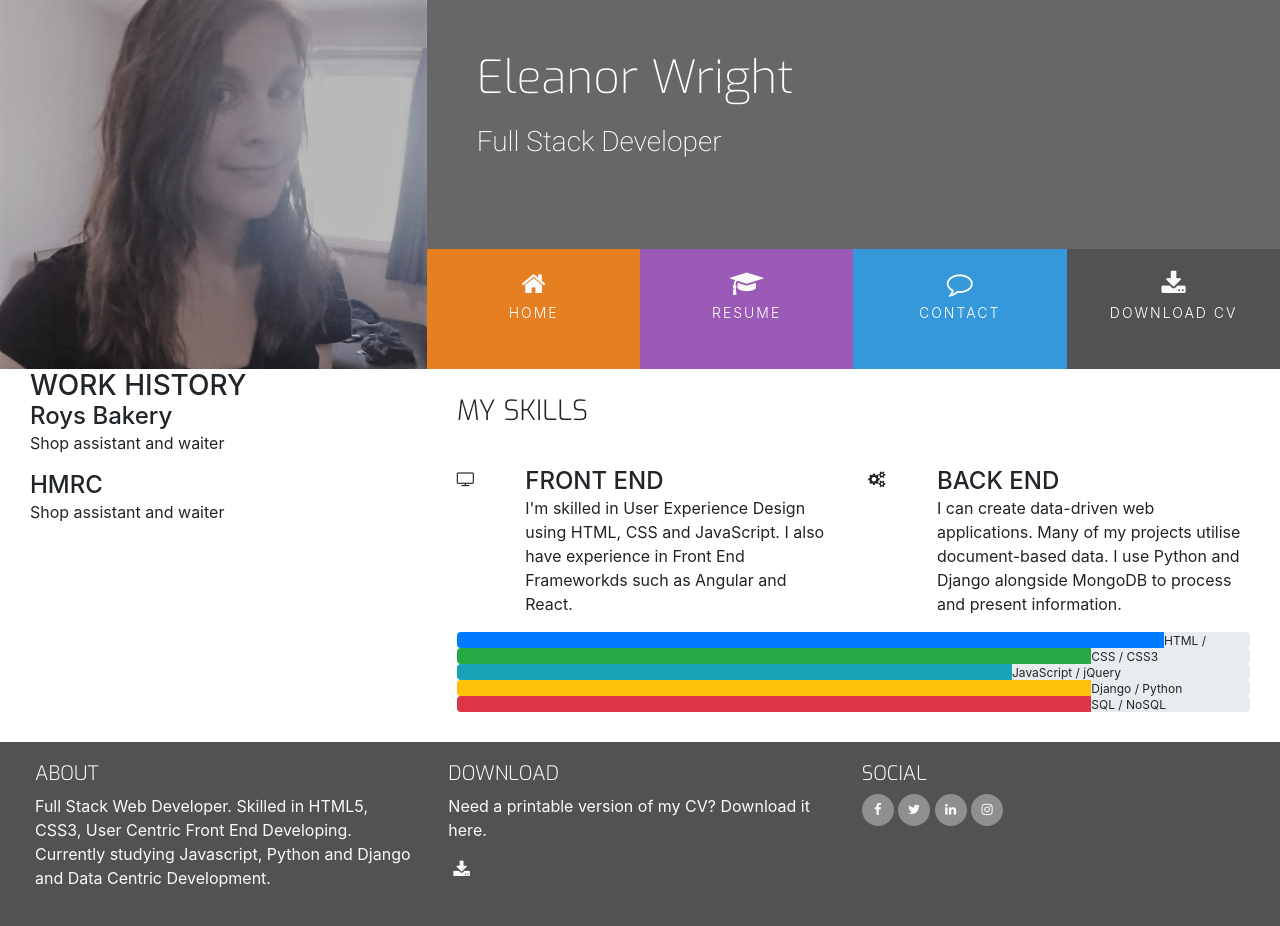
Repository: eleanorpro/resume
Page: resume.html
The author's editor kept a record of every edit. The page is drawn from the files as they stood at one moment, then again after the next edit.
The browser window is 1280 px wide. The pictures show the whole page.
Some web libraries are served in a nearby version.

Above is the page before.

### resume.html
<!DOCTYPE html>
<html lang="en">
<head>
    <meta charset="UTF-8">
    <meta name="viewport" content="width=device-width, initial-scale=1.0">
    <meta http-equiv="X-UA-Compatible" content="ie=edge">
<!-- links copied from video code to be the same version as used in example, more up to date versions available if problems occur -->
    <link rel="stylesheet" href="https://stackpath.bootstrapcdn.com/bootstrap/4.2.1/css/bootstrap.min.css" type="text/css" />
    <link rel="stylesheet" href="https://stackpath.bootstrapcdn.com/font-awesome/4.7.0/css/font-awesome.min.css" type="text/css" />
<!-- end of copied links -->
    <link rel="stylesheet" href="https://cdnjs.cloudflare.com/ajax/libs/hover.css/2.3.1/css/hover-min.css" type="text/css" />
    <link rel="stylesheet" href="assets/css/style.css" type="text/css" />
    <title>Eleanor</title>
</head>
<body>
    <header>
        <div class="row no-gutters">
            <a href="index.html" class="col-md-4 logo">

            </a>
            <div class="col-md-8">
                <div class="row no-gutters bg-color-name-title">
                    <div class="col heading">
                        <h1 class="name">Eleanor Wright</h1>
                        <h2 class="title">Full Stack Developer</h2>
                    </div>
                </div>
                <div class="row no-gutters">
                    <div class="col">
                        <ul id="nav" class="list-inline menucontainer">
                            <li class="col-6 col-sm-3 ui-menu-color-home list-inline-item menuitem">
                                <a href="#" class="hvr-sweep-to-bottom"><i class="fa fa-home" aria-hidden="true"></i><span>Home</span></a>
                            </li>
                            <li class="col-6 col-sm-3 ui-menu-color-resume list-inline-item menuitem">
                                <a href="#" class="hvr-sweep-to-bottom"><i class="fa fa-graduation-cap" aria-hidden="true"></i><span>Resume</span></a>
                            </li>
                            <li class="col-6 col-sm-3 ui-menu-color-contact list-inline-item menuitem">
                                <a href="#" class="hvr-sweep-to-bottom"><i class="fa fa-comment-o" aria-hidden="true"></i><span>Contact</span></a>
                            </li>
                            <li class="col-6 col-sm-3 ui-menu-color-download list-inline-item menuitem">
                                <a href="#" class="hvr-sweep-to-bottom"><i class="fa fa-download" aria-hidden="true"></i><span>Download CV</span></a>
                            </li>
                        </ul>
                    </div>
                </div>
            </div>
        </div>
    </header>
    <section class="container-fluid">
        <div class="row">
            <div class="col-md-4 bg-color-work-history section-column">
                <div class="row">
                    <div class="col-12">
                        <h3 class="history-heading uppercase">Work History</h3>
                    </div>
                </div>
                <div class="timeline-item" data-dates="01/2008 - 11/2008">
                    <h4>Roys Bakery</h4>
                    <p>Shop assistant and waiter</p>
                </div>
                <div class="timeline-item" data-dates="11/2008 - 07/2017">
                    <h4>HMRC</h4>
                    <p>Shop assistant and waiter</p>
                </div>
            </div>
            <div class="col-md-8 bg-color-three-reasons section-column">
                <div class="row">
                    <div class="col">
                        <h3 class="section-heading uppercase">My Skills</h3>
                    </div>
                </div>
                <div class="row">
                    <div class="col-10 offset-1 offset-sm-0 col-sm-4 col-md-6">
                        <div class="row">
                            <div class="col-2">
                                <i class="three-reasons-icon fa fa-tv" aria-hidden="true"></i>
                            </div>
                            <div class="col-10">
                                <h4 class="three-reasons-heading uppercase">Front End</h4>
                                <p>
                                   I'm skilled in User Experience Design using HTML, CSS and JavaScript. I also have experience in Front End Frameworkds such as Angular and React.
                                </p>
                            </div>
                        </div>
                    </div>
                    <div class="col-10 offset-1 offset-sm-0 col-sm-4 col-md-6">
                        <div class="row">
                            <div class="col-2">
                                <i class="three-reasons-icon fa fa-gears" aria-hidden="true"></i>
                            </div>
                            <div class="col-10">
                                <h4 class="three-reasons-heading uppercase">Back End</h4>
                                <p>
                                   I can create data-driven web applications. Many of my projects utilise document-based data. I use Python and Django alongside MongoDB to process and present information.
                                </p>
                            </div>
                        </div>
                    </div>
                </div>
                <div class="row progress-section">
                    <div class="col">
                        <div class="progress">
                            <div class="progress-bar" role="progressbar" aria-valuenow="90" aria-valuemin="0" aria-valuemax="100" style="width:90%">
                                <span class="sr-only">90% complete</span>
                            </div>
                            <span class="progress-type">HTML / HTML5</span>
                        </div>
                        <div class="progress">
                            <div class="progress-bar bg-success" role="progressbar" aria-valuenow="80" aria-valuemin="0" aria-valuemax="100" style="width:80%">
                                <span class="sr-only">80% complete</span>
                            </div>
                            <span class="progress-type">CSS / CSS3</span>
                        </div>
                        <div class="progress">
                            <div class="progress-bar bg-info" role="progressbar" aria-valuenow="70" aria-valuemin="0" aria-valuemax="100" style="width:70%">
                                <span class="sr-only">70% complete</span>
                            </div>
                            <span class="progress-type">JavaScript / jQuery</span>
                        </div>
                        <div class="progress">
                            <div class="progress-bar bg-warning" role="progressbar" aria-valuenow="80" aria-valuemin="0" aria-valuemax="100" style="width:80%">
                                <span class="sr-only">80% complete</span>
                            </div>
                            <span class="progress-type">Django / Python</span>
                        </div>
                        <div class="progress">
                            <div class="progress-bar bg-danger" role="progressbar" aria-valuenow="80" aria-valuemin="0" aria-valuemax="100" style="width:80%">
                                <span class="sr-only">80% complete</span>
                            </div>
                            <span class="progress-type">SQL / NoSQL</span>
                        </div>
                    </div>
                </div>
            </div>
        </div>

    </section>
    <footer class="container-fluid">
        <div id="footer-details" class="row">
            <div class="col-sm-4">
                <h5 class="uppercase general-sub">About</h5>
                <p class="inline-block">Full Stack Web Developer. Skilled in HTML5, CSS3, User Centric Front End Developing. Currently studying Javascript, Python and Django and Data Centric Development.</p>
            </div>
            <div class="col-sm-4">
                <h5 class="uppercase general-sub">Download</h5>
                <p class="inline-block">Need a printable version of my CV? Download it here.</p>
                <a href="#" target="_blank" class="cv-pdf">
                    <i class="fa fa-download" aria-hdden="true"></i>
                    <span class="sr-only">Download link.</span>
                </a>
            </div>
            <div class="col-sm-4">
                <h5 class="uppercase general-sub">Social</h5>
                <ul class="list-inline social-links">
                    <li class="list-inline-item">
                        <a target="_blank" href="#">
                            <i class="fa fa-facebook" aria-hidden="true"></i>
                            <span class="sr-only">Facebook</span>
                        </a>
                    </li>
                    <li class="list-inline-item">
                        <a target="_blank" href="#">
                            <i class="fa fa-twitter" aria-hidden="true"></i>
                            <span class="sr-only">Twitter</span>
                        </a>
                    </li>
                    <li class="list-inline-item">
                        <a target="_blank" href="#">
                            <i class="fa fa-linkedin" aria-hidden="true"></i>
                            <span class="sr-only">LinkedIn</span>
                        </a>
                    </li>
                    <li class="list-inline-item">
                        <a target="_blank" href="#">
                            <i class="fa fa-instagram" aria-hidden="true"></i>
                            <span class="sr-only">Instagram</span>
                        </a>
                    </li>
                </ul>
            </div>
        </div>
    </footer>
</body>
</html>

### assets/css/style.css
@import url('https://fonts.googleapis.com/css?family=Roboto:100,200,300,400,500,600,700|Exo: 100,200,300,400,500,600,700');

/*-------------------------------------------Colours */

.bg-color-name-title {
    background-color: #676767;
}

.bg-color-three-reasons {
    background-color: #fff;
}

.ui-menu-color-home {
    background-color: #e67e22;
}

.ui-menu-color-resume {
    background-color: #9b59b6;
}

.ui-menu-color-contact {
    background-color: #3498db;
}

.ui-menu-color-download {
    background-color: #525252;
}

/*-------------------------------------------Special paddings/margins/text */

h1,h2,h3,h4 {
    margin: 0;
}

.uppercase {
    text-transform: uppercase;
}

.general-sub {
    font-family: "Exo", sans-serif;
    font-weight: 300;
    color: #fafafa;
}

.inline-block {
    display: inline-block;
}

.row-table {
    display: table;
}

.section-column {
    display: table-cell;
    padding: 0 30px 30px;
    float: none;
}

.section-heading {
    font-family: "Exo", sans-serif;
    font-weight: 300;
    margin-top: 25px;
    margin-bottom: 40px;
}

/*-------------------------------------------Heading */

header {
    margin: 0;
}

.heading {
    margin-left: 50px;
}

.logo {
    background: url("../images/eleanor.jpg");
    background-position: center;
    background-repeat: no-repeat;
    background-size: cover;
    min-height: 360px;
    transition: all .5s ease-in-out;
    -moz-transition: all .5s ease-in-out;
    -webkit-transition: all .5s ease-in-out;
}

.name {
    font-family: "Exo", sans-serif;
    font-weight: 100;
    font-size: 46px;
    margin-top: 50px;
    color: #fff;
}

.title {
    font-family: "Roboto", sans-serif;
    font-weight: 200;
    font-size: 28px;
    margin-top: 20px;
    margin-bottom: 90px;
    color: #fff;
}

.list-inline-item:not(:last-child) {
    margin: 0;
}

.menucontainer {
    font-size: 0;
}

#nav {
    margin: 0;
}

#nav li {
    font-size: 14px;
    padding: 0;
}

.menuitem {
    height: 120px;
    text-align: center;
    padding: 0;
}

.menuitem a {
    width: 100%;
    text-decoration: none;
    color: #fff;
    height: 120px;
}

.menuitem a i {
    padding-top: 22px;
    display: block;
    color: #fafafa;
    font-size: 26px;
}

.menuitem span {
    display: block;
    width: 100%;
    padding-top: 5px;
    text-align: center;
    text-transform: uppercase;
    font-size: 14px;
    font-weight: 300;
    letter-spacing: 2px;
}

/*-------------------------------------------Hover.css */

.hvr-sweep-to-bottom:before {
    background-color: rgba(0, 0, 0, 0.2);
    height:120px;
}

/*-------------------------------------------Footer */

footer {
    background-color: #525252;
    color: #fafafa;
    min-height: 120px;
    margin: 0;
}

.cv-pdf i {
    font-size: 18px;
    color: #fafafa;
    text-align: center;
    padding-left: 5px;
    transition: all 0.35s ease-in-out;
    -moz-transition: all 0.35s ease-in-out;
    -webkit-transition: all 0.35s ease-in-out;
    -o-transition: all 0.35s ease-in-out;
}

.cv-pdf i:hover {
    color: #e84610;
}

.social-links {
    padding-bottom: 15px;
}

.social-links li a i {
    width: 32px;
    height: 32px;
    padding: 12px 0;
    border-radius: 50%;
    font-size: 13px;
    line-height: 7px;
    text-align: center;
    color: #fafafa;
    background: #8f8f8f;
    transition: all 0.35s ease-in-out;
    -moz-transition: all 0.35s ease-in-out;
    -webkit-transition: all 0.35s ease-in-out;
    -o-transition: all 0.35s ease-in-out;
}

.social-links li a i:hover {
    background: #e84610;
}

#footer-details {
    padding: 20px;
}

After the next edit:
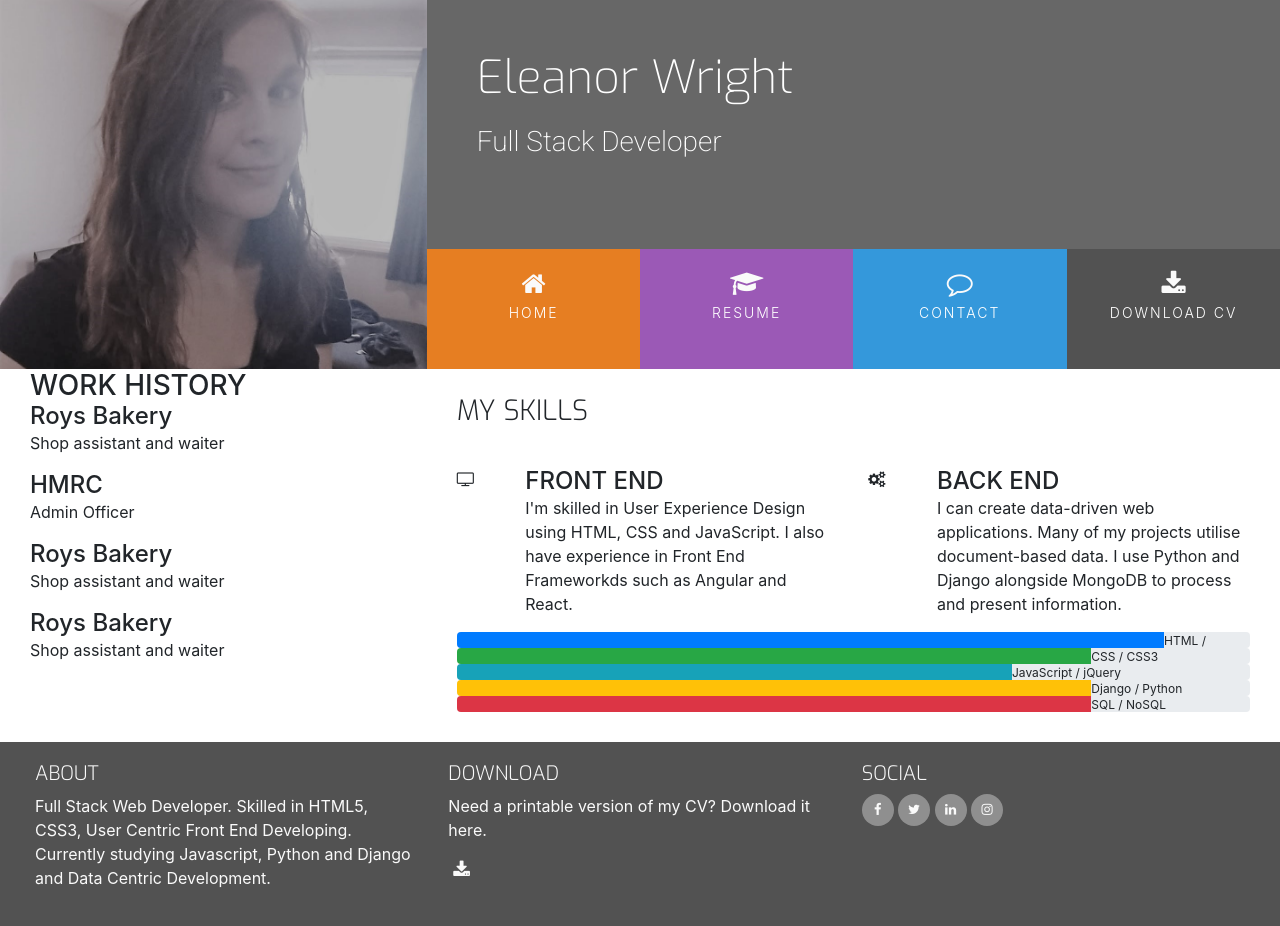
The edit:
--- a/resume.html
+++ b/resume.html
@@ -1,17 +1,19 @@
 <!DOCTYPE html>
 <html lang="en">
+
 <head>
     <meta charset="UTF-8">
     <meta name="viewport" content="width=device-width, initial-scale=1.0">
     <meta http-equiv="X-UA-Compatible" content="ie=edge">
-<!-- links copied from video code to be the same version as used in example, more up to date versions available if problems occur -->
+    <!-- links copied from video code to be the same version as used in example, more up to date versions available if problems occur -->
     <link rel="stylesheet" href="https://stackpath.bootstrapcdn.com/bootstrap/4.2.1/css/bootstrap.min.css" type="text/css" />
     <link rel="stylesheet" href="https://stackpath.bootstrapcdn.com/font-awesome/4.7.0/css/font-awesome.min.css" type="text/css" />
-<!-- end of copied links -->
+    <!-- end of copied links -->
     <link rel="stylesheet" href="https://cdnjs.cloudflare.com/ajax/libs/hover.css/2.3.1/css/hover-min.css" type="text/css" />
     <link rel="stylesheet" href="assets/css/style.css" type="text/css" />
     <title>Eleanor</title>
 </head>
+
 <body>
     <header>
         <div class="row no-gutters">
@@ -60,6 +62,14 @@
                 </div>
                 <div class="timeline-item" data-dates="11/2008 - 07/2017">
                     <h4>HMRC</h4>
+                    <p>Admin Officer</p>
+                </div>
+                <div class="timeline-item" data-dates="01/2008 - 10/2008">
+                    <h4>Roys Bakery</h4>
+                    <p>Shop assistant and waiter</p>
+                </div>
+                <div class="timeline-item" data-dates="01/2008 - 10/2008">
+                    <h4>Roys Bakery</h4>
                     <p>Shop assistant and waiter</p>
                 </div>
             </div>
@@ -78,7 +88,7 @@
                             <div class="col-10">
                                 <h4 class="three-reasons-heading uppercase">Front End</h4>
                                 <p>
-                                   I'm skilled in User Experience Design using HTML, CSS and JavaScript. I also have experience in Front End Frameworkds such as Angular and React.
+                                    I'm skilled in User Experience Design using HTML, CSS and JavaScript. I also have experience in Front End Frameworkds such as Angular and React.
                                 </p>
                             </div>
                         </div>
@@ -91,7 +101,7 @@
                             <div class="col-10">
                                 <h4 class="three-reasons-heading uppercase">Back End</h4>
                                 <p>
-                                   I can create data-driven web applications. Many of my projects utilise document-based data. I use Python and Django alongside MongoDB to process and present information.
+                                    I can create data-driven web applications. Many of my projects utilise document-based data. I use Python and Django alongside MongoDB to process and present information.
                                 </p>
                             </div>
                         </div>
@@ -181,4 +191,5 @@
         </div>
     </footer>
 </body>
+
 </html>
